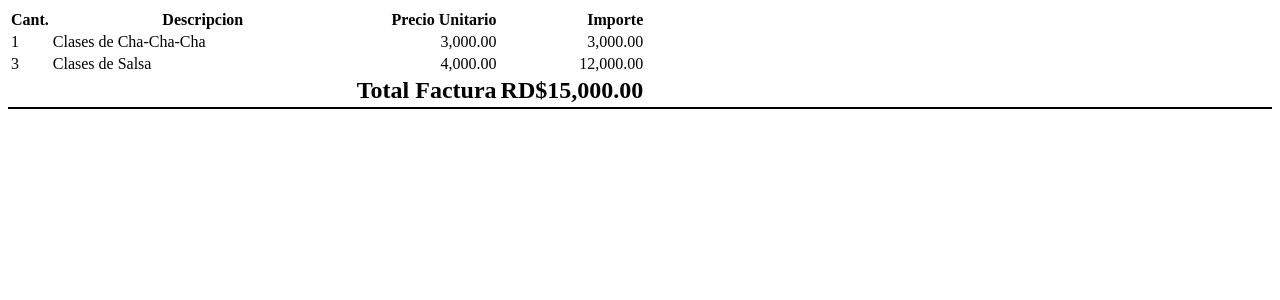
Repository: MrVanQish/FacturaEstructura
Page: index.html
An editor plug-in stored every save of this project. The page is shown before and after the next save, followed by the edit.
The browser window is 1280 px wide. The pictures show the whole page.

Above is the page before, as saved 2021-09-29 10:23:44.

### index.html
<!DOCTYPE html>
<html lang="en">
<head>
    <meta charset="UTF-8">
    <meta http-equiv="X-UA-Compatible" content="IE=edge">
    <meta name="viewport" content="width=device-width, initial-scale=1.0">
    <title>Document</title>
    <link rel="stylesheet" href="styles.css">
</head>
<body>

<!--     <div class="wrapper">

        <div class="factura1">
                <div class="infoEmpresa-f">
                    Empresa: Villa Jacob
                    <br>
                    NIT: 8000000
                    <br>
                    Direccion: jajjdajdj
                </div>
                <div class="infoCliente-f">
                    Cliente: Jacobo
                    <br>
                    CC: 1116283283
                    <br>
                    Direccion: jajjdajdj
                </div>
                <div class="items-f">

                    <table>

                        <tr>

                            <th>Items</th>

                            <th>Precio</th>

                            <th>Cantidad</th>


                        </tr>

                          <tr>

                            <td>Tornillos</td>

                            <td>1000</td>

                            <td>2</td>

                          </tr>

                          <tr>

                            <td>Cemento</td>

                            <td>25.000</td>

                            <td>2</td>

                          </tr>


                          <tr>

                            <td>Cemento</td>

                            <td>25.000</td>

                            <td>2</td>

                          </tr>

                          <tr>

                            <td>Cemento</td>

                            <td>25.000</td>

                            <td>2</td>

                          </tr>

                          <tr>

                            <td>Cemento</td>

                            <td>25.000</td>

                            <td>2</td>

                          </tr>

                          <tr>

                            <td>Cemento</td>

                            <td>25.000</td>

                            <td>2</td>

                          </tr>

                          <tr>

                            <td>Cemento</td>

                            <td>25.000</td>

                            <td>2</td>

                          </tr>


                          <tr>

                            <td>Cemento</td>

                            <td>25.000</td>

                            <td>2</td>

                          </tr>


                          <tr>

                            <td>Cemento</td>

                            <td>25.000</td>

                            <td>2</td>

                          </tr>

                          <tr>

                            <td>Cemento</td>

                            <td>25.000</td>

                            <td>2</td>

                          </tr>

                          <tr>

                            <td>Cemento</td>

                            <td>25.000</td>

                            <td>2</td>

                          </tr>






                      </table>



                </div>
            <div class="body-f">

            </div>
        </div> -->

    </div>
    <div id="app" class="col-11">

        <div class="row my-5">
          <table class="table table-borderless factura">
            <thead>
              <tr>
                <th>Cant.</th>
                <th>Descripcion</th>
                <th>Precio Unitario</th>
                <th>Importe</th>
              </tr>
            </thead>
            <tbody>
              <tr>
                <td>1</td>
                <td>Clases de Cha-Cha-Cha</td>
                <td>3,000.00</td>
                <td>3,000.00</td>
              </tr>
              <tr>
                <td>3</td>
                <td>Clases de Salsa</td>
                <td>4,000.00</td>
                <td>12,000.00</td>
              </tr>
            </tbody>
            <tfoot>
              <tr>
                <th></th>
                <th></th>
                <th>Total Factura</th>
                <th>RD$15,000.00</th>
              </tr>
            </tfoot>
          </table>
        </div>

        <div class="cond row">

    </div>


    </div>

</body>
</html>

### styles.css
@page {
    size: A4 landscape;
}

.factura {
  table-layout: fixed;
}

.fact-info > div > h5 {
  font-weight: bold;
}

.factura > thead {
  border-top: solid 3px #000;
  border-bottom: 3px solid #000;
}

.factura > thead > tr > th:nth-child(2), .factura > tbod > tr > td:nth-child(2) {
  width: 300px;
}

.factura > thead > tr > th:nth-child(n+3) {
  text-align: right;
}

.factura > tbody > tr > td:nth-child(n+3) {
  text-align: right;
}

.factura > tfoot > tr > th, .factura > tfoot > tr > th:nth-child(n+3) {
  font-size: 24px;
  text-align: right;
}

.cond {
  border-top: solid 2px #000;
}

/*
.wrapper {
    height: 97vh;
    border: 1px solid #000;
    display: grid;
    grid-template-columns: 1fr 1fr;
    grid-template-rows: 500px;
    grid-template-areas:
      "f1 f2";
  }

  .factura1 {

    display: grid;
    grid-area: f1;
    align-self: center;
    justify-self: center;
    border: 1px solid #000;
    grid-template-columns: 1fr 1fr;
    grid-template-rows: 1fr;
    grid-template-areas:
      "infoEmpresa-f infoCliente-f c items-f"
  }


.infoEmpresa-f{

    grid-area: infoEmpresa-f;
    border: 1px solid #000;
    align-self: center;
    justify-self: center;

}

.infoCliente-f{
    grid-area: infoCliente-f;
    border: 1px solid #000;
    align-self: center;
    justify-self: center;
}

.items-f{
    grid-area: items-f;
    border: 1px solid #000;
    align-self: center;
    justify-self: center;
} */

After the next save:
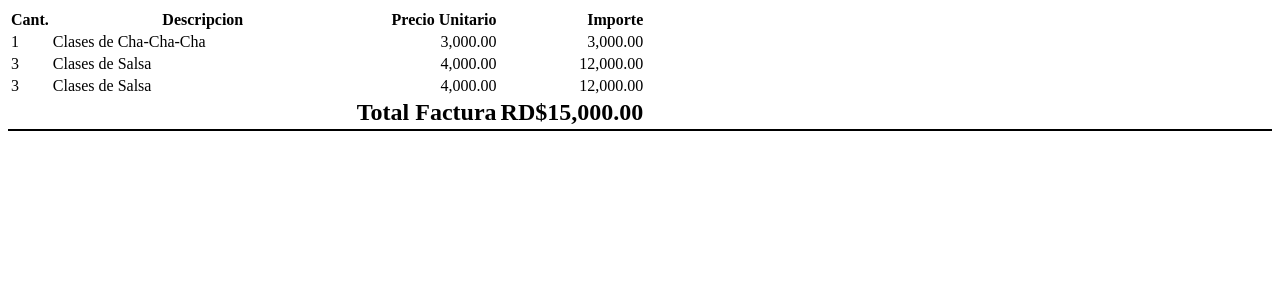
Saved 26 s later.
--- a/index.html
+++ b/index.html
@@ -195,6 +195,12 @@
                 <td>4,000.00</td>
                 <td>12,000.00</td>
               </tr>
+              <tr>
+                <td>3</td>
+                <td>Clases de Salsa</td>
+                <td>4,000.00</td>
+                <td>12,000.00</td>
+              </tr>
             </tbody>
             <tfoot>
               <tr>
